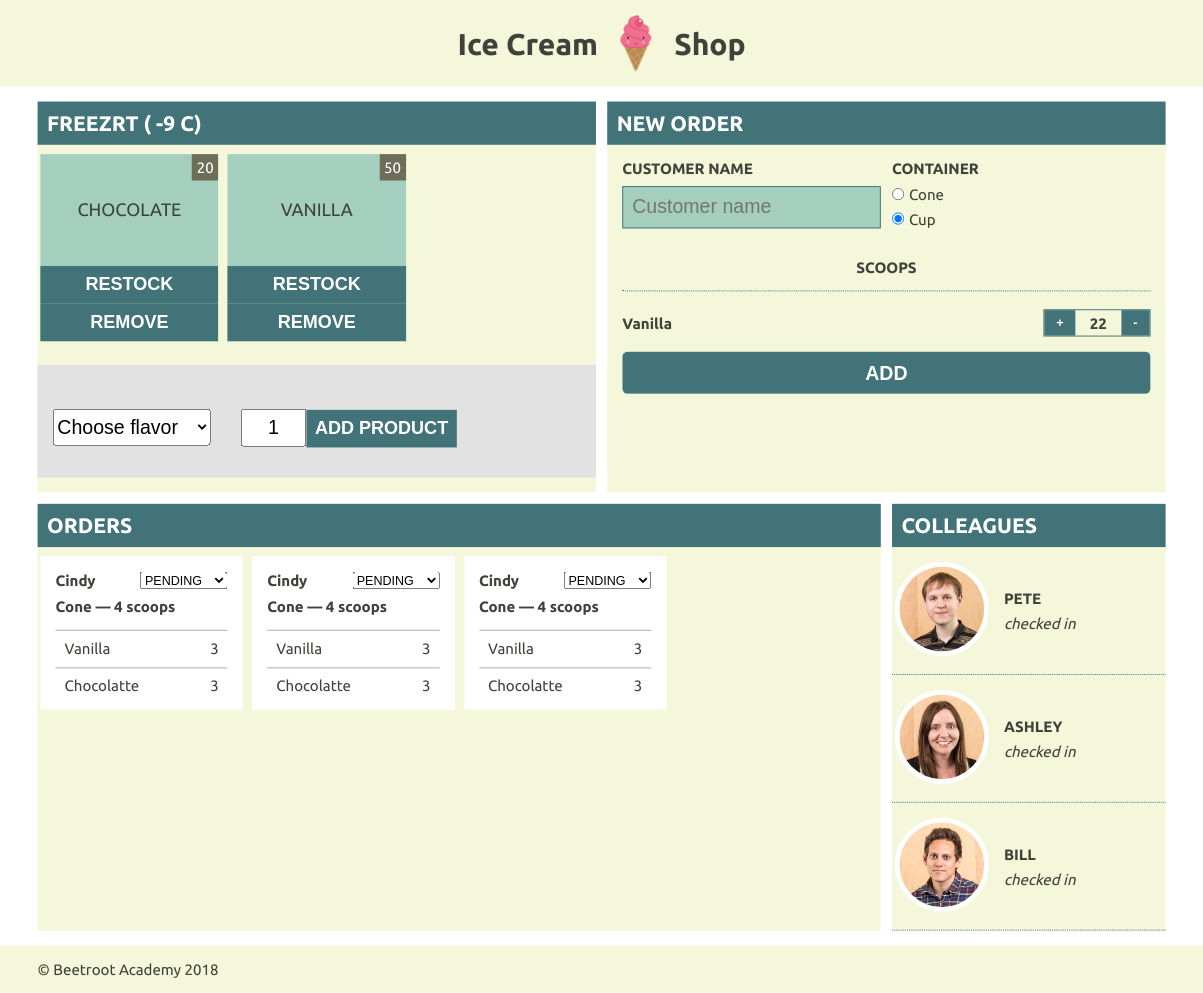
Repository: AlSemyon/Ice_Cream_Shop
Page: /
The author's editor kept a copy of each file at every save. The page is drawn from the files as they stood at one save, then again after the next save.
The browser window is 1280 px wide. The pictures show the whole page, at 94% of full size.
The project was rebuilt for these pictures with package versions that can differ from the ones it lists, and the page was loaded fresh each time.

Above is the page before, as saved 2019-01-06 13:17:55.

After the next save:
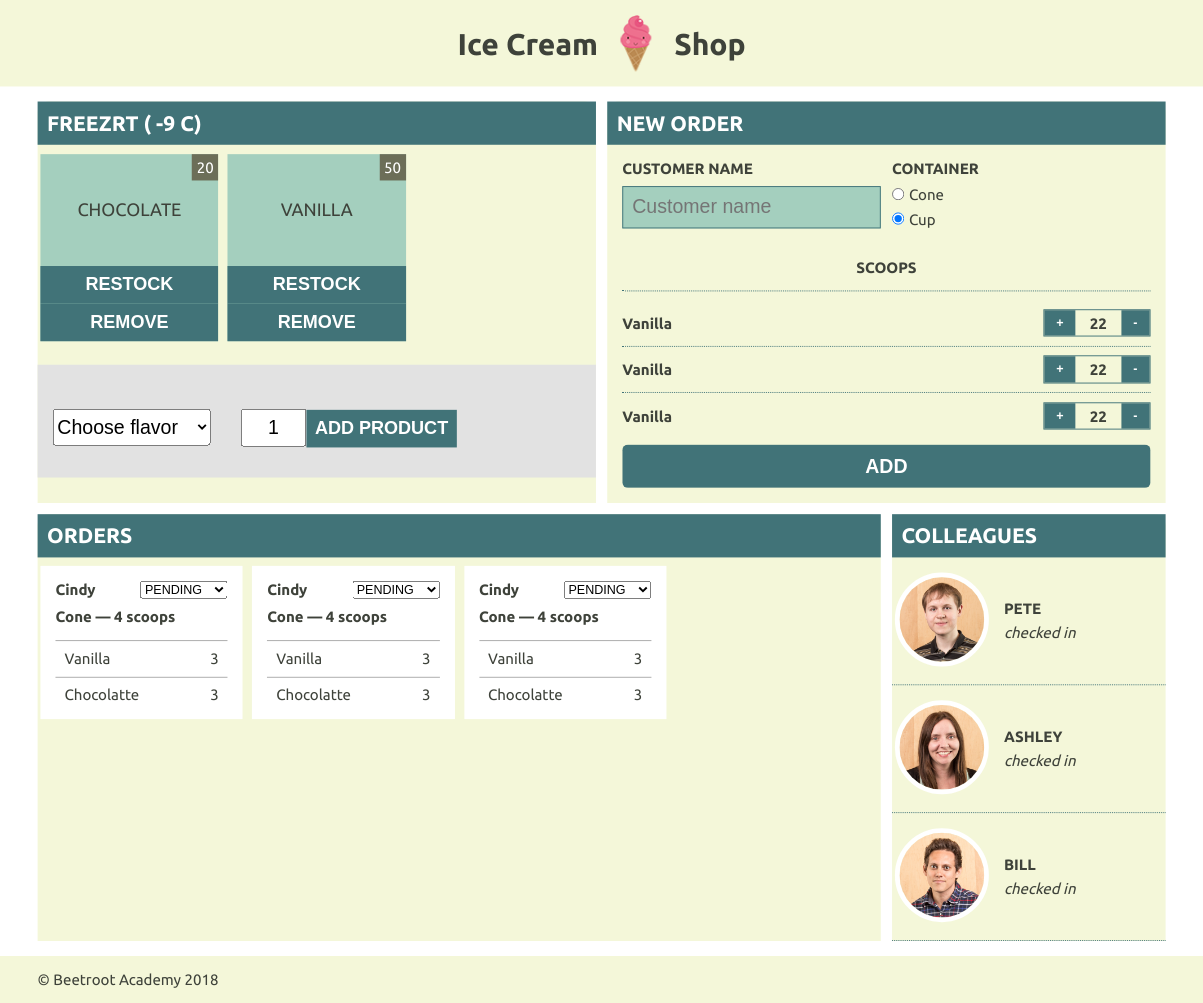
Saved 2 min 30 s later.
--- a/src/components/newOrder/index.js
+++ b/src/components/newOrder/index.js
@@ -38,7 +38,14 @@ class NewOrder extends Component {
                     <div>
                         <label className="label-form label-form_scoops">Scoops</label>
                         <div className="scoops">
-                        <OrderScoopes/>
+
+                        {
+                            Object.keys(F).map(flavor =>
+                            <OrderScoopes key={flavor}
+                                          count={scoopes[flavor] || 0}
+                                          flavor={flavor}/>)
+                        }
+
                 </div>
                     </div>
 
